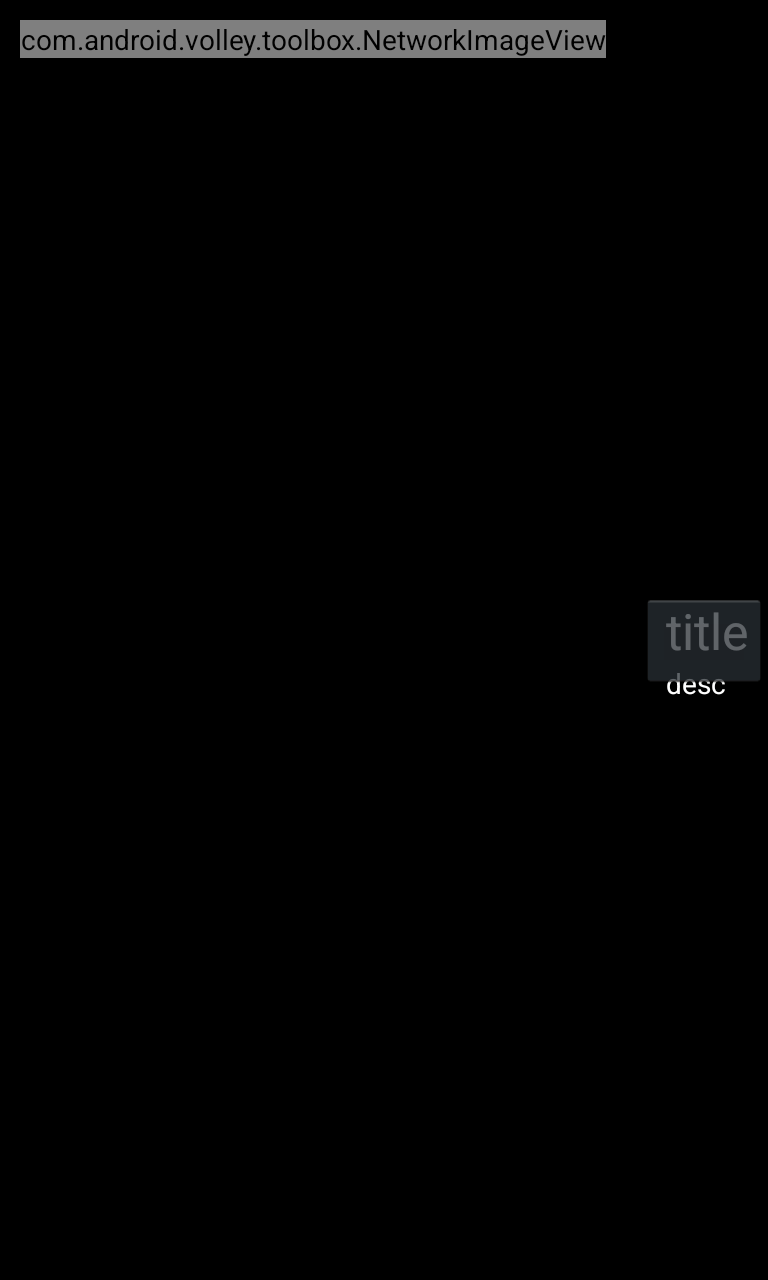
Repository: cnevinc/togather
Layout: GeorgeMe/res/layout/list_item_shop.xml
The author's editor kept a copy of each file at every save. The layout is drawn from the files as they stood at one save, then again after the next save.
Pictures or frames that could not be fetched are drawn as grey boxes. It is drawn on a 768 x 1280 px phone screen (xhdpi) without system bars, with theme android:Theme.Holo; the app's code is not run.

Above is the layout before, as saved 2014-07-26 17:27:56.

### GeorgeMe/res/layout/list_item_shop.xml
<?xml version="1.0" encoding="utf-8"?>
<FrameLayout xmlns:android="http://schemas.android.com/apk/res/android"
    android:layout_width="fill_parent"
    android:layout_height="fill_parent" >

    <RelativeLayout
        android:id="@+id/back"
        android:layout_width="match_parent"
        android:layout_height="match_parent"
        android:tag="back" >

        <TextView
            android:id="@+id/other_info"
            android:layout_width="wrap_content"
            android:layout_height="wrap_content"
            android:layout_centerInParent="true"
            android:text="Name"
            android:textColor="#ffffff"
            android:textSize="20sp" />

        <Button
            android:id="@+id/other_action"
            android:layout_width="wrap_content"
            android:layout_height="wrap_content"
            android:layout_toRightOf="@+id/other_info" >
        </Button>
    </RelativeLayout>

    <RelativeLayout
        android:id="@+id/front"
        android:layout_width="match_parent"
        android:layout_height="match_parent"
        android:background="#000000"
        android:orientation="vertical"
        android:paddingBottom="10dp"
        android:tag="front" >

        <com.android.volley.toolbox.NetworkImageView
            xmlns:app="http://schemas.android.com/apk/res-auto"
            android:id="@+id/thumbail"
            android:layout_width="wrap_content"
            android:layout_height="wrap_content"
            android:layout_marginLeft="10dp"
            android:layout_marginTop="10dp"
            android:background="@drawable/ic_launcher" />

        <!-- android:layout_centerVertical="true" -->

        <RelativeLayout
            android:id="@+id/relativeLayout1"
            android:layout_width="wrap_content"
            android:layout_height="wrap_content"
            android:layout_centerInParent="true"
            android:layout_marginLeft="20dp"
            android:layout_toRightOf="@+id/thumbail"
            android:gravity="center" >

            <!-- android:layout_alignParentTop="true" -->

            <TextView
                android:id="@+id/title"
                android:layout_width="wrap_content"
                android:layout_height="wrap_content"
                android:layout_marginLeft="10dp"
                android:layout_marginTop="10dp"
                android:text="title"
                android:textColor="#ffffff"
                android:textSize="25sp" />

            <TextView
                android:id="@+id/desc"
                android:layout_width="wrap_content"
                android:layout_height="wrap_content"
                android:layout_below="@+id/title"
                android:layout_marginLeft="10dp"
                android:text="desc"
                android:textColor="#ffffff" />
        </RelativeLayout>

        <Button
            android:id="@+id/main_acgtion"
            android:layout_width="wrap_content"
            android:layout_height="wrap_content"
            android:layout_alignParentRight="true"
            android:layout_centerVertical="true" >
        </Button>
    </RelativeLayout>

</FrameLayout>

After the next save:
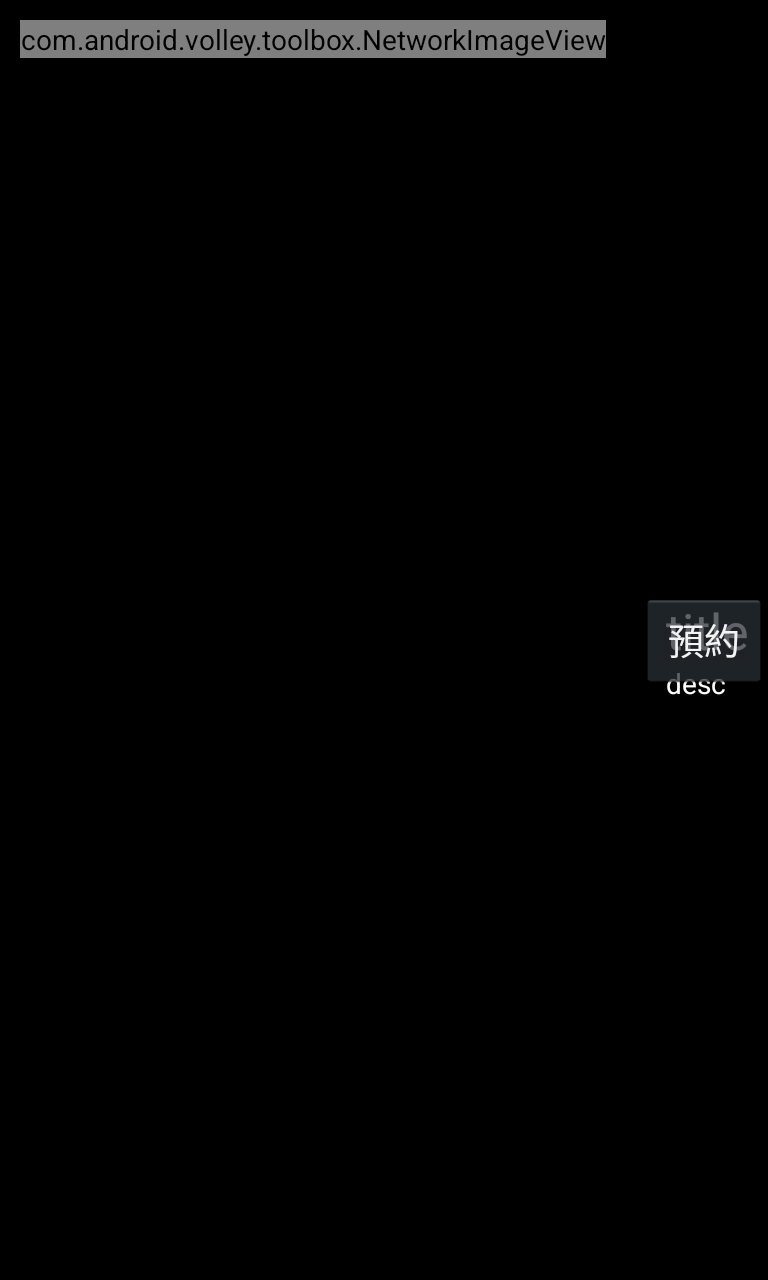
Saved 2 s later.
--- a/GeorgeMe/res/layout/list_item_shop.xml
+++ b/GeorgeMe/res/layout/list_item_shop.xml
@@ -22,6 +22,7 @@
             android:id="@+id/other_action"
             android:layout_width="wrap_content"
             android:layout_height="wrap_content"
+            android:text="觀看食記"
             android:layout_toRightOf="@+id/other_info" >
         </Button>
     </RelativeLayout>
@@ -82,6 +83,7 @@
             android:layout_width="wrap_content"
             android:layout_height="wrap_content"
             android:layout_alignParentRight="true"
+            android:text="預約"
             android:layout_centerVertical="true" >
         </Button>
     </RelativeLayout>
